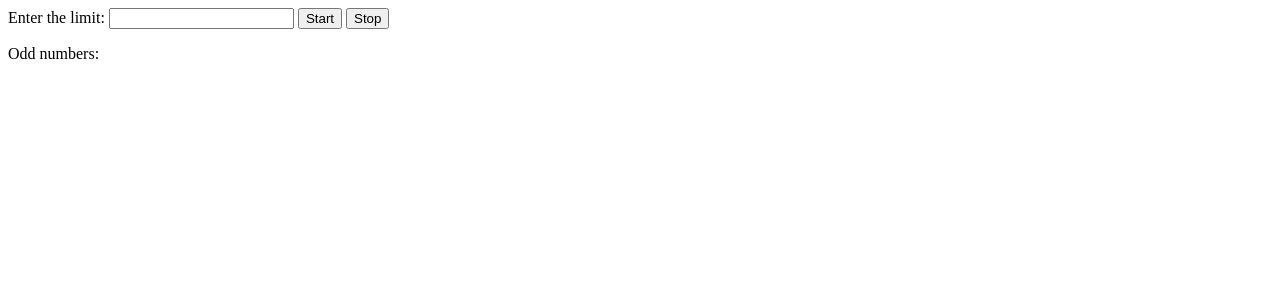
Repository: PoojaShirwaikar/BlockhainTest
Page: javascript/HtmlAssinment3/WebContent/ques3.html
The author's editor kept a copy of each file at every save. The page is drawn from the files as they stood at one save, then again after the next save.
The browser window is 1280 px wide. The pictures show the whole page.
Some web libraries are served in a nearby version.

Above is the page before, as saved 2017-11-18 08:23:30.

After the next save:
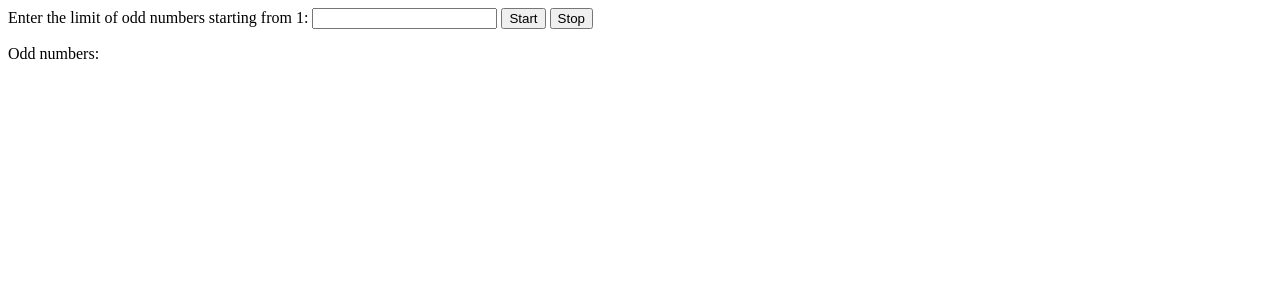
Saved 2 min 38 s later.
--- a/javascript/HtmlAssinment3/WebContent/ques3.html
+++ b/javascript/HtmlAssinment3/WebContent/ques3.html
@@ -8,7 +8,7 @@
 </head>
 <body>
 
-	Enter the limit:
+	Enter the limit of odd numbers starting from 1:
 	<input id="id1" type="text">
 	<input type="button" value="Start" onclick="GenerateOddNumber()">
 	<input type="button" value="Stop" onclick="stopWorker()">
